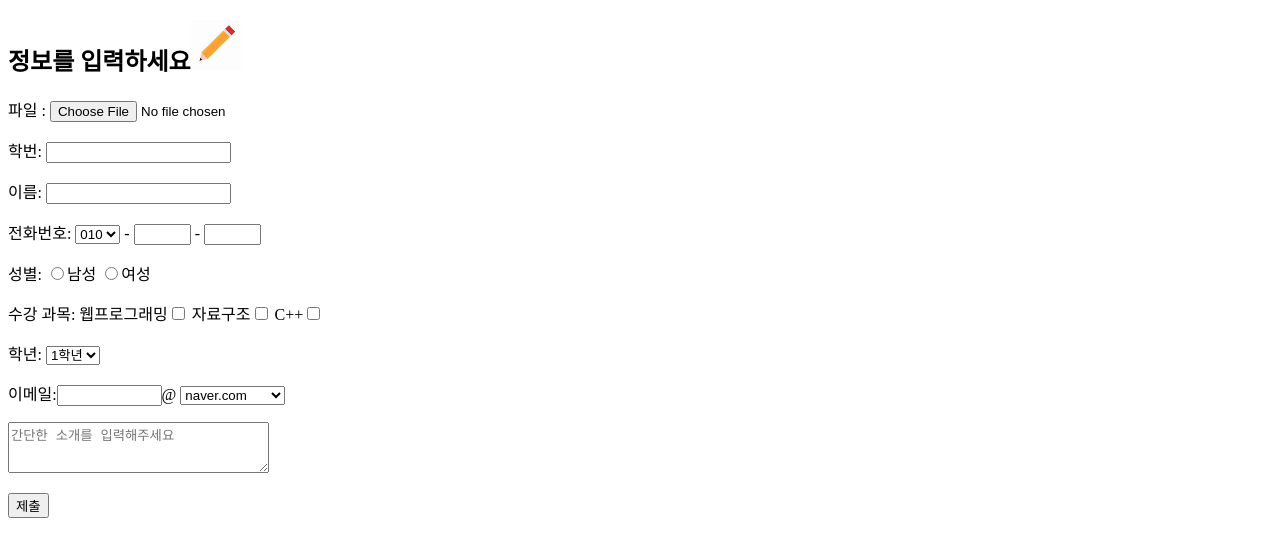
Repository: xxeionw/java_form
Page: http://localhost/formpro/form.jsp
The author's editor kept a copy of each file at every save. The page is drawn from the files as they stood at one save, then again after the next save.
The browser window is 1280 px wide. The pictures show the whole page.
The page is served by Tomcat 9. Other server files are loaded and not shown.

Above is the page before, as saved 2025-05-27 09:52:49.

### formpro/src/main/webapp/form.jsp
<%@ page language="java" contentType="text/html; charset=UTF-8"
    pageEncoding="UTF-8"%>
<!DOCTYPE html>
<html>
<head>
<meta charset="EUC-KR">
<title>입력 폼</title>
</head>
<body>
	<h2> 정보를 입력하세요<img src="image/pencil.jpeg" alt="사진" width="50"></h2>
    <form action="result.jsp" method="post" enctype="multipart/form-data" >
        <p>파일 : <input type="file" name="filename">
        <p>학번: <input type="text" name="studentId"></p>
        <p>이름: <input type="text" name="name"></p>
        <p>전화번호: <select name="phone1">
        	<option value="010">010</option>
        	<option value="011">011</option>
        	<option value="02">02</option>
        </select> -
        <input type="text" maxlength="4" size="4" name="phone2"> -
        <input type="text" maxlength="4" size="4" name="phone3"></p>

        <p>성별: <input type ="radio" name ="sex" value= "남성">남성
        <input type = "radio" name ="sex" value="여성">여성

        <p>수강 과목: 웹프로그래밍<input type="checkbox" name="subject" value="웹프로그래밍">
        	자료구조<input type="checkbox" name="subject" value="자료구조">
        	C++<input type="checkbox" name="subject" value="C++">

        <p>학년:
            <select name="grade">
                <option value="1학년">1학년</option>
                <option value="2학년">2학년</option>
                <option value="3학년">3학년</option>
                <option value="4학년">4학년</option>
            </select>
        </p>

        <p>이메일:<input type="text" size="10" name="email">@
        <select name="emailaddress">
        <option value="naver.com">naver.com</option>
        <option value="gmail.com">gmail.com</option>
        <option value="daum.com">daum.com</option>
        <option value="duksung.ac.kr">duksung.ac.kr</option>
        </select>
        <p>
        <textarea name = "comment" cols="30" rows="3" placeholder="간단한 소개를 입력해주세요"></textarea>
        </p>
        <input type="submit" value="제출">
    </form>
</body>
</html>

After the next save:
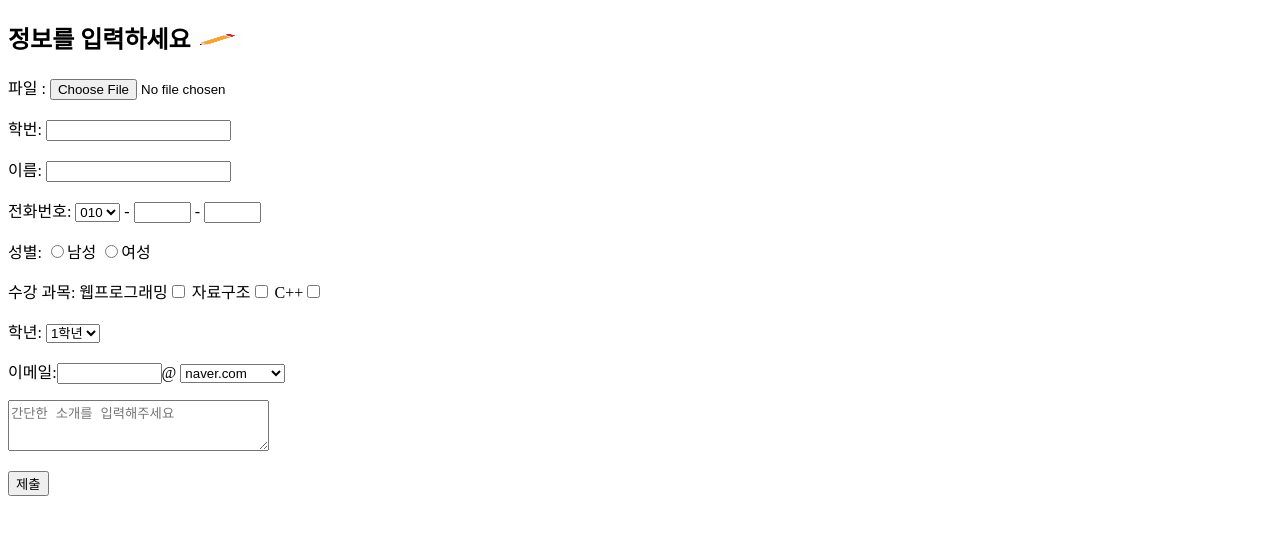
Saved 97 s later.
--- a/formpro/src/main/webapp/form.jsp
+++ b/formpro/src/main/webapp/form.jsp
@@ -7,7 +7,7 @@
 <title>입력 폼</title>
 </head>
 <body>
-	<h2> 정보를 입력하세요<img src="image/pencil.jpeg" alt="사진" width="50"></h2>
+	<h2> 정보를 입력하세요<img src="image/pencil.jpeg" alt="사진" height="16" width="50"></h2>
     <form action="result.jsp" method="post" enctype="multipart/form-data" >
         <p>파일 : <input type="file" name="filename">
         <p>학번: <input type="text" name="studentId"></p>
